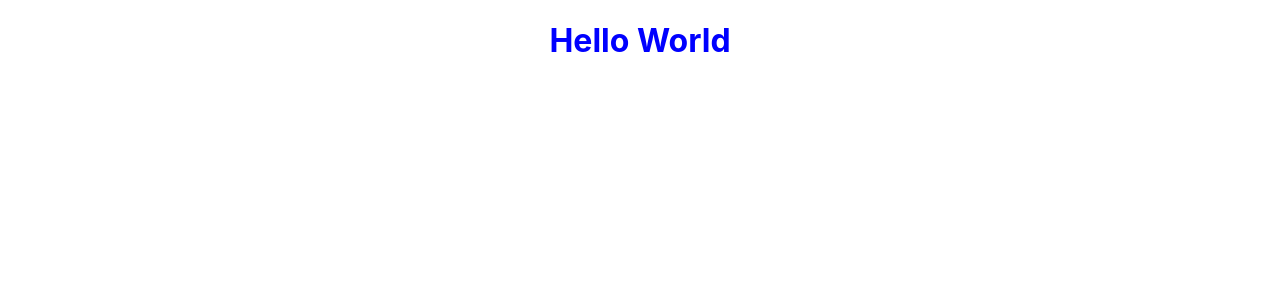
Repository: AustinW24/review
Page: / (app in ts-react/)
These files come from the project's save history. The page is drawn as it stood at one moment and after a run of saves; the edit follows.
The browser window is 1280 px wide. The pictures show the whole page.
The project was rebuilt for these pictures with package versions that can differ from the ones it lists, and the page was loaded fresh each time.

Above is the page before, as saved 2022-02-15 14:21:14.

After the next 2 saves:
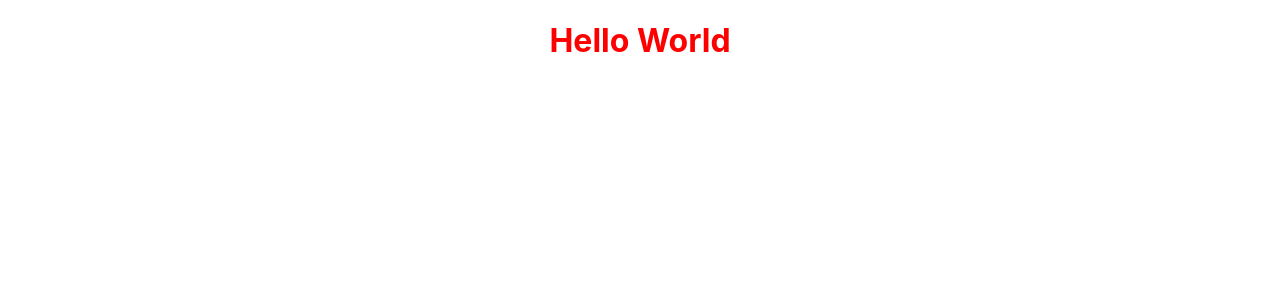
The 2 saves are shown as one change because 1 did not build or start.
The last was saved 99 s later.
--- a/ts-react/src/App.tsx
+++ b/ts-react/src/App.tsx
@@ -5,7 +5,7 @@ import Header from './Header'
 function App() {
   return (
     <div className="App">
-      <Header title="Hello World" />
+      <Header title="Hello World" color='red'/>
     </div>
   );
 }
